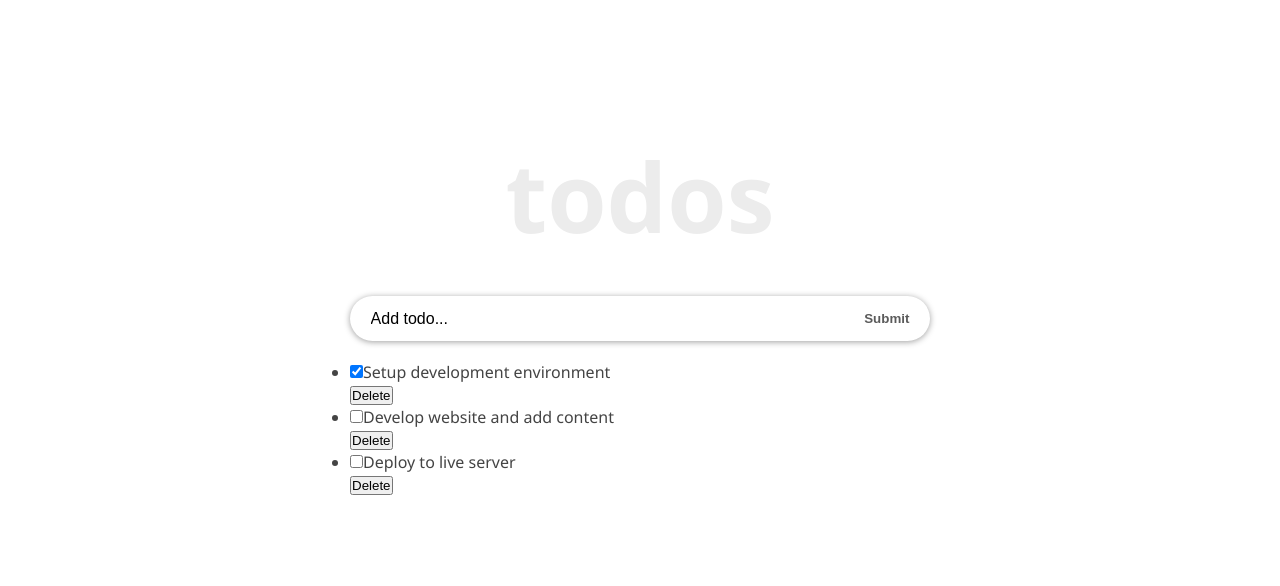
Repository: kennedyowusu/react-todo-app
Page: /
The author's editor kept a copy of each file at every save. The page is drawn from the files as they stood at one save, then again after the next save.
The browser window is 1280 px wide. The pictures show the whole page.
The project was rebuilt for these pictures with package versions that can differ from the ones it lists, and the page was loaded fresh each time.

Above is the page before, as saved 2023-01-16 13:33:17.

### src/index.js
import React from 'react'
import ReactDOM from 'react-dom'
//component file
import TodoContainer from './components/TodoContainer'

//stylesheet
import './App.css'

ReactDOM.render(
  <React.StrictMode>
    <TodoContainer />
  </React.StrictMode>,
  document.getElementById('root')
)

### src/components/TodoContainer.js
import React from 'react'
import TodosList from './TodosList'
import Header from './Header'
import InputTodo from './InputTodo'
import { v4 as uuidv4 } from 'uuid'

class TodoContainer extends React.Component {
  state = {
    todos: [
      {
        id: uuidv4(),
        title: 'Setup development environment',
        completed: true,
      },
      {
        id: uuidv4(),
        title: 'Develop website and add content',
        completed: false,
      },
      {
        id: uuidv4(),
        title: 'Deploy to live server',
        completed: false,
      },
    ],
  }

  handleChange = (id) => {
    this.setState((prevState) => ({
      todos: prevState.todos.map((todo) => {
        if (todo.id === id) {
          return {
            ...todo,
            completed: !todo.completed,
          }
        }
        return todo
      }),
    }))
  }

  delTodo = (id) => {
    this.setState({
      todos: [
        ...this.state.todos.filter((todo) => {
          return todo.id !== id
        }),
      ],
    })
  }

 addTodoProps = (title) => {
    const newTodo = {
      id:  uuidv4(),
      title: title,
      completed: false,
    }
    this.setState({
      todos: [...this.state.todos, newTodo],
    })
  }

  render() {
    return (
      <div className='container'>
        <div className='inner'>
          <Header />
          <InputTodo addTodoProps={this.addTodoProps} />
          <TodosList
            todos={this.state.todos}
            handleChangeProps={this.handleChange}
            deleteTodoProps={this.delTodo}
          />
        </div>
      </div>
    )
  }
}
export default TodoContainer

### src/components/TodosList.js
import React from 'react'
import TodoItem from './TodoItem'

class TodosList extends React.Component {
  render() {
    return (
      <ul>
        {this.props.todos.map((todo) => (
          <TodoItem
            key={todo.id}
            todo={todo}
          handleChangeProps={this.props.handleChangeProps}
          deleteTodoProps={this.props.deleteTodoProps}
          />
        ))}
      </ul>
    )
  }
}

export default TodosList

### src/components/Header.js
import React from "react"

const Header = () => {
  const headerStyle = {
    padding: '20px 0',
    lineHeight: '1.5em',
  }

  return (
    <header style={headerStyle}>
      <h1
        style={{
          fontSize: '6rem',
          fontWeight: '600',
          marginBottom: '2rem',
          lineHeight: '1em',
          color: '#ececec',
          textTransform: 'lowercase',
          textAlign: 'center',
        }}
      >
        todos
      </h1>
    </header>
  )
}

export default Header

### src/components/InputTodo.js
import React, { Component } from 'react'

class InputTodo extends Component {
  state = {
    title: '',
  }

  onChange = (e) => {
    this.setState({
      [e.target.name]: e.target.value,
    })
  }

  handleSubmit = (e) => {
    e.preventDefault()
    if (this.state.title.trim()) {
      this.props.addTodoProps(this.state.title)
      this.setState({
        title: '',
      })
    } else {
      alert('Please write item')
    }
 }

  render() {
    return (
      <form onSubmit={this.handleSubmit} className='form-container'>
        <input
          type='text'
          placeholder='Add todo...'
          value={this.state.title}
          name='title'
          onChange={this.onChange}
          className='input-text'
        />
        <button className='input-submit'>Submit</button>
      </form>
    )
  }
}
export default InputTodo

### src/components/TodoItem.js
import React from 'react'
import styles from './TodoItem.module.css'

class TodoItem extends React.Component {
  render() {
   return (
     <>
       <li>
         <input
           type='checkbox'
           checked={this.props.todo.completed}
           onChange={() => this.props.handleChangeProps(this.props.todo.id)}
         />
         {this.props.todo.title}
       </li>
     <button
      onClick={() => this.props.deleteTodoProps(this.props.todo.id)}
     >Delete</button>
     </>
   )
  }
}

export default TodoItem

Loaded but not shown: public/index.html (common file); src/App.css (common file); src/components/TodoItem.module.css (common file)

After the next save:
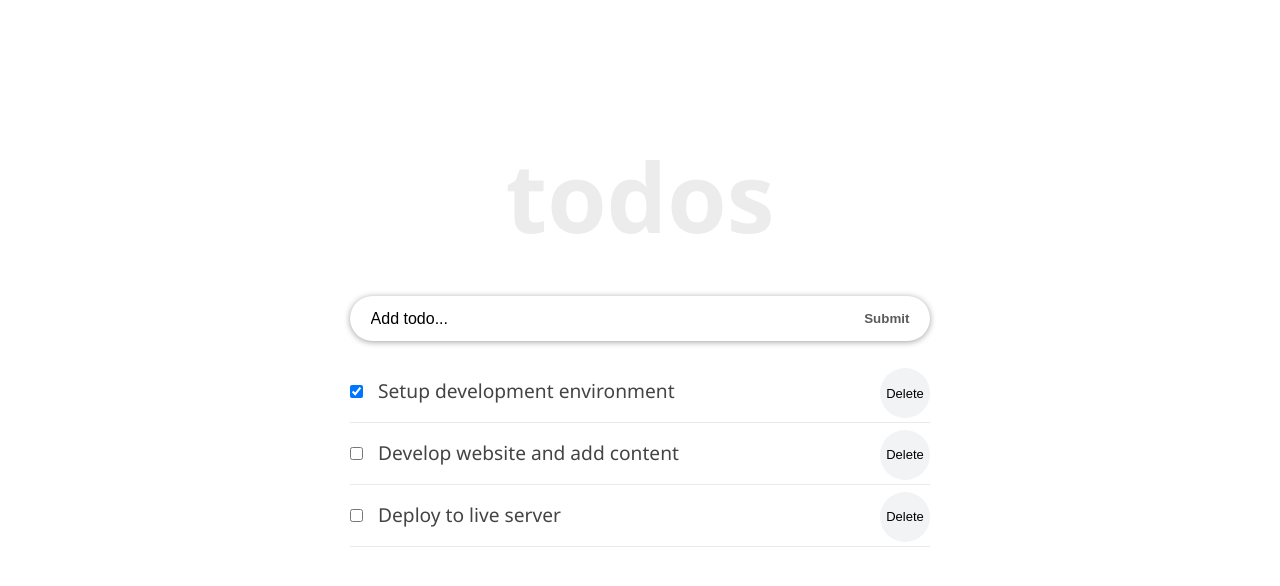
Saved 26 s later.
--- a/src/components/TodoItem.js
+++ b/src/components/TodoItem.js
@@ -4,19 +4,18 @@ import styles from './TodoItem.module.css'
 class TodoItem extends React.Component {
   render() {
    return (
-     <>
-       <li>
-         <input
-           type='checkbox'
-           checked={this.props.todo.completed}
-           onChange={() => this.props.handleChangeProps(this.props.todo.id)}
-         />
-         {this.props.todo.title}
-       </li>
-     <button
-      onClick={() => this.props.deleteTodoProps(this.props.todo.id)}
-     >Delete</button>
-     </>
+     <li className={styles.item}>
+       <input
+         type='checkbox'
+         className={styles.checkbox}
+         checked={this.props.todo.completed}
+         onChange={() => this.props.handleChangeProps(this.props.todo.id)}
+       />
+       <button onClick={() => this.props.deleteTodoProps(this.props.todo.id)}>
+         Delete
+       </button>
+       {this.props.todo.title}
+     </li>
    )
   }
 }
